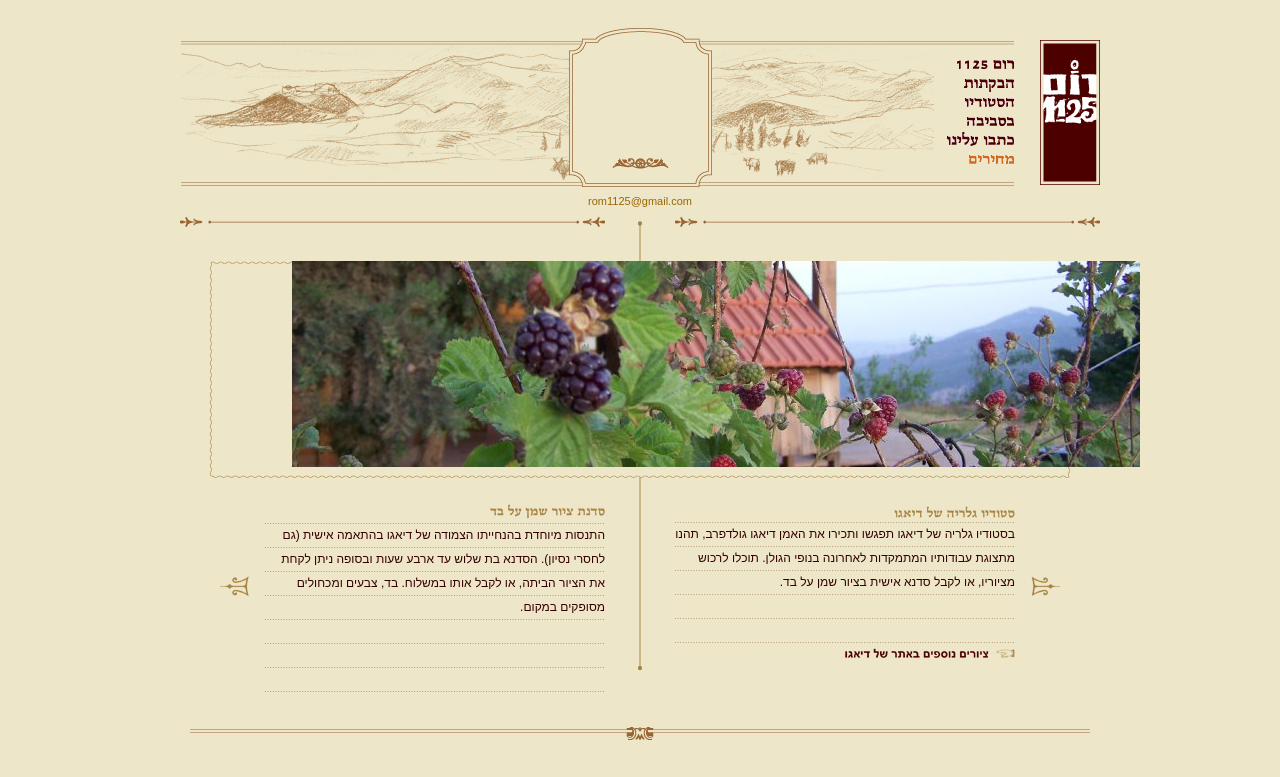
Repository: asafg/rom1125
Page: rom1125/WebContent/prices.html
The author's editor kept a copy of each file at every save. The page is drawn from the files as they stood at one save, then again after the next save.
The browser window is 1280 px wide. The pictures show the whole page.

Above is the page before, as saved 2010-05-22 18:51:50.

### rom1125/WebContent/prices.html
<!DOCTYPE html PUBLIC "-//W3C//DTD XHTML 1.1//EN" "http://www.w3.org/TR/xhtml11/DTD/xhtml11.dtd">
<html xmlns="http://www.w3.org/1999/xhtml">

<head>
  <meta http-equiv="Content-Type" content="text/html; charset=utf-8"/>
  <title>רום 1125 - מחירים</title>
  <link rel="stylesheet" href="css/common.css" type="text/css" media="screen"/>
  <link rel="stylesheet" href="css/studio.css" type="text/css" media="screen"/>
</head>
<body>
<div id="main">
<!-- header -->
<div id="header">
<img id="logo" src="images/logo.png"/>
<div id="header_without_logo"><!-- The part of the header left of the logo -->
<div id="header_top"><img src="images/header_top.png"/></div>
<div id="toolbar_buttons">
<a id="home_link" href="index.html"><img src="images/blank.gif"/></a>
<a id="huts_link" href="huts.html"><img src="images/blank.gif"/></a>
<a id="studio_link" href="studio.html"><img src="images/blank.gif"/></a>
<a id="env_link" href="env.html"><img src="images/blank.gif"/></a>
<a id="media_link" href="media.html"><img src="images/blank.gif"/></a>
<img src="images/mehirim_hl.gif"/>
</div><!-- toolbar_buttons -->
<div class="header_image"><img src="images/header_right.jpg"/></div>
<div class="header_image"><img src="images/header_middle.png"/></div>
<div class="header_image"><img src="images/header_left.jpg"/></div>
<div id="header_bottom"><img id="header_bottom_image" src="images/header_bottom.png"/></div>
</div><!-- header_without_logo-->
<div id="email_address_div">
<a href="mailto:rom1125@gmail.com" class="email_address">rom1125@gmail.com</a>
</div><!-- email_address_div -->
</div><!-- header -->
<!-- now for the separators -->
<div id="right_part">
<img src="images/top_horiz_sep.png" class="sep_image"/>
</div><!-- right -->
<div id="top_vert_sep">
<img src="images/top_ball.png" class="sep_image"/>
<div id="top_vert_bar"></div>
</div><!-- top_vert_sep -->
<div id="left_part">
<img src="images/top_horiz_sep.png" class="sep_image"/>
</div><!-- left -->
<div id="frame">
<img id="prices_wide_photo" src="images/prices_wide_photo.jpg"/>
</div><!-- frame -->
<div id="bottom_right_part">
<div id="right_studio_orn">
<img src="images/right_studio_orn.png"/>
</div><!-- right_studio_orn -->
<div id="right_page_text">
<img src="images/studio_title1.png"/><br/>
<div class="page_text">
בסטודיו גלריה של דיאגו תפגשו ותכירו את האמן דיאגו גולדפרב,
תהנו מתצוגת עבודותיו המתמקדות לאחרונה בנופי הגולן.
תוכלו לרכוש מציוריו, או לקבל סדנא אישית בציור שמן על בד.
<br/>
<br/>
<br/>
<div id="studio_link">
<a href="http://www.yessy.com/DiegoGoldfarb/"><img class="left_arrow_small" src="images/blank.gif"/><img id="studio_link_image" src="images/blank.gif"/></a>
</div><!-- studio_link -->
</div><!-- page_text -->
</div><!-- right_page_text -->
</div><!-- bottom_right_part -->
<div id="bottom_vert_sep">
<div id="bottom_vert_bar"></div>
<img src="images/bottom_ball.png" class="sep_image"/>
</div><!-- bottom_vert_sep -->
<div id="bottom_left_part">
<div id="left_page_text">
<img src="images/studio_title2.png"/><br/>
<div class="page_text">
התנסות מיוחדת בהנחייתו הצמודה של דיאגו בהתאמה אישית
(גם לחסרי נסיון). הסדנא בת שלוש עד ארבע שעות ובסופה ניתן לקחת את
הציור הביתה, או לקבל אותו במשלוח. בד, צבעים ומכחולים מסופקים במקום.
<br/>
<br/>
<br/>
<br/>
<br/>
</div><!--  page text -->
</div><!-- left_page_text -->
<div id="left_studio_orn">
<img src="images/left_studio_orn.png"/>
</div><!-- left_studio_orn -->
</div>
<div id="footer">
<img src="images/footer_sep.png" class="sep_image"/>
</div><!-- footer -->
</div><!-- main -->
</body>
</html>

### rom1125/WebContent/css/common.css
body
{
	background-color: #EEE6C9;
	margin: 0px;
	padding: 0px;
}

#main
{
	width: 1000px;
	height: 750px;
	direction: rtl;
	margin-left: auto;
   	margin-right: auto;
}

/* beginning of header definitions */

#header
{
	margin-top: 27px;
}

#logo
{
	width: 60px;
	margin-top: 13px;
	margin-right: 40px;
	float: right;
}

#header_without_logo
{
	margin-right: 26px;
	margin-top: 1px;
	padding: 0px;
	width: 834px;
	float: right;
}

#header_top
{
	margin: 0px;
	padding: 0px;
	height: 17px;
	float: right;
	display: block;
}

#header_bottom
{
	margin: 0px;
	padding: 0px;
	height: 5px;
	float: right;
	display: block;
}

#header_bottom_image
{
	margin: 0px;
	padding: 0px;
	vertical-align: top;
}

.header_image
{
	margin: 0px;
	padding: 0px;
	height: 137px;
	float: right;
	display: block;
}

#toolbar_buttons
{
	margin-top: 11px;
	margin-left: 13px;
	float: right;
}

#toolbar_buttons img
{
	margin: 0px 0px 2px 0px; width: 67px; height: 17px; padding: 0px; display: block; border-width: 0px;
}

/*toolbar buttons images are set as background images in order to allow rollover effect using css (no javascript) */
#toolbar_buttons a#home_link   img {background: url("../images/rom.gif") top left no-repeat;}
#toolbar_buttons a#huts_link   img {background: url("../images/biktot.gif") top left no-repeat;}
#toolbar_buttons a#studio_link img {background: url("../images/studio.gif") top left no-repeat;}
#toolbar_buttons a#env_link    img {background: url("../images/sviva.gif") top left no-repeat;}
#toolbar_buttons a#media_link  img {background: url("../images/katvu.gif") top left no-repeat;}
#toolbar_buttons a#prices_link img {background: url("../images/mehirim.gif") top left no-repeat;}

#toolbar_buttons a#home_link:hover   img {background: url("../images/rom_hl.gif") top left no-repeat;}
#toolbar_buttons a#huts_link:hover   img {background: url("../images/biktot_hl.gif") top left no-repeat;}
#toolbar_buttons a#studio_link:hover img {background: url("../images/studio_hl.gif") top left no-repeat;}
#toolbar_buttons a#env_link:hover    img {background: url("../images/sviva_hl.gif") top left no-repeat;}
#toolbar_buttons a#media_link:hover  img {background: url("../images/katvu_hl.gif") top left no-repeat;}
#toolbar_buttons a#prices_link:hover img {background: url("../images/mehirim_hl.gif") top left no-repeat;}

#email_address_div
{
	padding-top: 8px;
	margin-left: auto;
    margin-right: auto;
	font-family: arial, sans-serif;
	font-size: 11px;
	display: block;
	text-align: center;
	clear: both;
}

a.email_address:link, a.email_address:active, a.email_address:focus, a.email_address:visited
{
	color: #996600;
	text-decoration: none;
}

a.email_address:hover
{
	color: #CC6600;
	text-decoration: none;
}

/* end of header definitions */

#right_part
{
	width: 425px;
	margin-top: 10px;
	margin-right: 40px;
	float: right;
}

#vert_sep
{
	float: right;
	margin: 14px 33px 0px 33px;
	padding: 0px;
}

#vert_bar
{
	width: 2px;
	height: 440px;
	margin: 0 1px 0 1px;
	background-color: #cbb787;
}

#left_part
{
	width: 425px;
	margin-top: 10px;
	margin-left: 0px;
	float: right;
}

.sep_image
{
	padding: 0;
	display: block;
}

#footer
{
	margin: 0px 50px 0px 50px;
	padding-top: 33px;
	float: none;
	clear: both;
}

### rom1125/WebContent/css/studio.css
#frame
{
	background-image: url("../images/studio_frame.png");
	background-repeat: no-repeat;
	height: 217px;
	margin: 54px 0 0 69px;
	padding: 0;
}

#bottom_right_part
{
	width: 425px;
	height: 125px;
	margin-top: 10px;
	margin-right: 40px;
	float: right;
}

#top_vert_sep
{
	margin: 14px 33px 0px 33px;
	float: right;
}

#top_vert_bar, #bottom_vert_bar
{
	width: 2px;
	margin: 0 1px 0 1px;
	background-color: #cbb787;
}

#top_vert_bar
{
	height: 35px;
}

#bottom_vert_bar
{
	height: 188px;
}

#bottom_vert_sep
{
	margin: 0px 33px 0 33px;
	float: right;
}

#bottom_left_part
{
	width: 425px;
	margin-top: 10px;
	margin-left: 0px;
	float: right;
}

#right_page_text, #left_page_text
{
	float: right;
	margin-top: 16px;
}

#right_page_text
{
	margin-right: 16px;
}

.page_text
{
	background-image: url("../images/dashed_line.png");
	background-repeat:repeat-y;
	float: right;
	width: 340px;
	line-height: 200%;
	font-family: arial;
	font-size: 12px;
	color: #330000;
}

#studio_ext_link
{
	margin: 4px 2px 0 0;
}

.left_arrow_small
{
	background-image: url("../images/left_arrow_small.png");
	border: 0;
	height: 9px;
	margin: 0 0 0 7px;
	width: 19px;
}

a:hover img.left_arrow_small
{
	background-image: url("../images/left_arrow_small_hl.png");
}

#studio_link_image
{
	background-image: url("../images/studio_link.png");
	border: 0;
	height: 10px;
	width: 144px;
}

a:hover #studio_link_image
{
	background-image: url("../images/studio_link_hl.png");
}

#right_studio_orn
{
	display: block;
	float: right;
	margin: 88px 39px 0 0;
	padding: 0;
	width: 30px;
	height: 21px;
}

#left_studio_orn
{
	display: block;
	float: right;
	margin: 88px 16px 0 0;
	padding: 0;
	width: 30px;
	height: 21px;
}

#footer
{
	padding-top: 12px;
}

.text_column
{
	background-image: url("../images/dashed_line.png");
	background-repeat: repeat-y;
	float: right;
	width: 205px;
	height: 409px;
	border: 0px solid black;
}

#columns_spacer
{
	float: right;
	width: 16px;
	height: 409px;
	border: 0px solid green;
}

/* image gallery */
#photo_frame
{
	position: relative;
	margin-top: 34px;
	width: 425px;
	height: 313px;
	overflow: hidden;
}

#photo_frame img
{
	padding: 6px 6px 0px 0px;
}

#photo_frame_overlay
{
	position:absolute; top:0; left:0; width: 100%; height: 100%; z-index:998;
	background: url("../images/frame_big.png") no-repeat center;
}

/* hide the slide show of the second hut */
#thumbnails_panel2, #slideshow2
{
	display: none;
}

#thumbnails_panel1, #thumbnails_panel2
{
	margin-top: 11px;
	width: 354px;
}

#upper_gallery_strip1, #upper_gallery_strip2
{
	margin: 12px 60px 7px 0px;
	float: right;
}

#lower_gallery_strip1, #lower_gallery_strip2
{
	margin: 6px 60px 0px 0px;
	float: right;
}

#thumbnails_toolbar1, #thumbnails_toolbar2
{
	margin-right: 35px;
	width: 354px;
}

#right_arrow1, #right_arrow2
{
	width: 24px;
	height: 11px;
	margin: 24px 0px 0px 3px;
	vertical-align: middle;
	clear: both;
	float: right;
	display: block;
	border: 0px;
}

img.right_arrow
{
	background: url("../images/right_arrow.gif") top left no-repeat;
}

img.right_arrow:hover
{
	background: url("../images/right_arrow_hl.gif") top left no-repeat;
}

img.right_arrow_disabled
{
	background: url("../images/right_arrow_da.png") top left no-repeat;
}

#left_arrow1, #left_arrow2
{
	width: 24px;
	height: 11px;
	margin: 24px 3px 0px 0px;
	float: right;
	border: 0px;
}

img.left_arrow
{
	background: url("../images/left_arrow.gif") top left no-repeat;
}

img.left_arrow:hover
{
	background: url("../images/left_arrow_hl.gif") top left no-repeat;
}

img.left_arrow_disabled
{
	background: url("../images/left_arrow_da.png") top left no-repeat;
}

#thumbnails1, #thumbnails2
{
	position: relative;
	width: 300px;
	height: 54px;
	float: right;
	overflow: hidden;
}

#thumbnails_wrapper1, #thumbnails_wrapper2
{
	position: absolute;
	width: 420px;
	height: 54px;
	/*float: right;*/
}

.thumbnail
{
	background: url("../images/frame_small.png") no-repeat center;
	margin-left: 3px;
	margin-right: 3px;
	width: 54px;
	height: 54px;
	float: right;
}

div.thumbnail:hover
{
	background: url("../images/frame_small_hl.png") no-repeat center;
	margin-left: 3px;
	margin-right: 3px;
	width: 54px;
	height: 54px;
	float: right;
}

img.thumbnail
{
	margin: 4px 4px auto;
	width: 46px;
	height: 46px;
	border: 1px black;
}
/* end of image gallery */

After the next save:
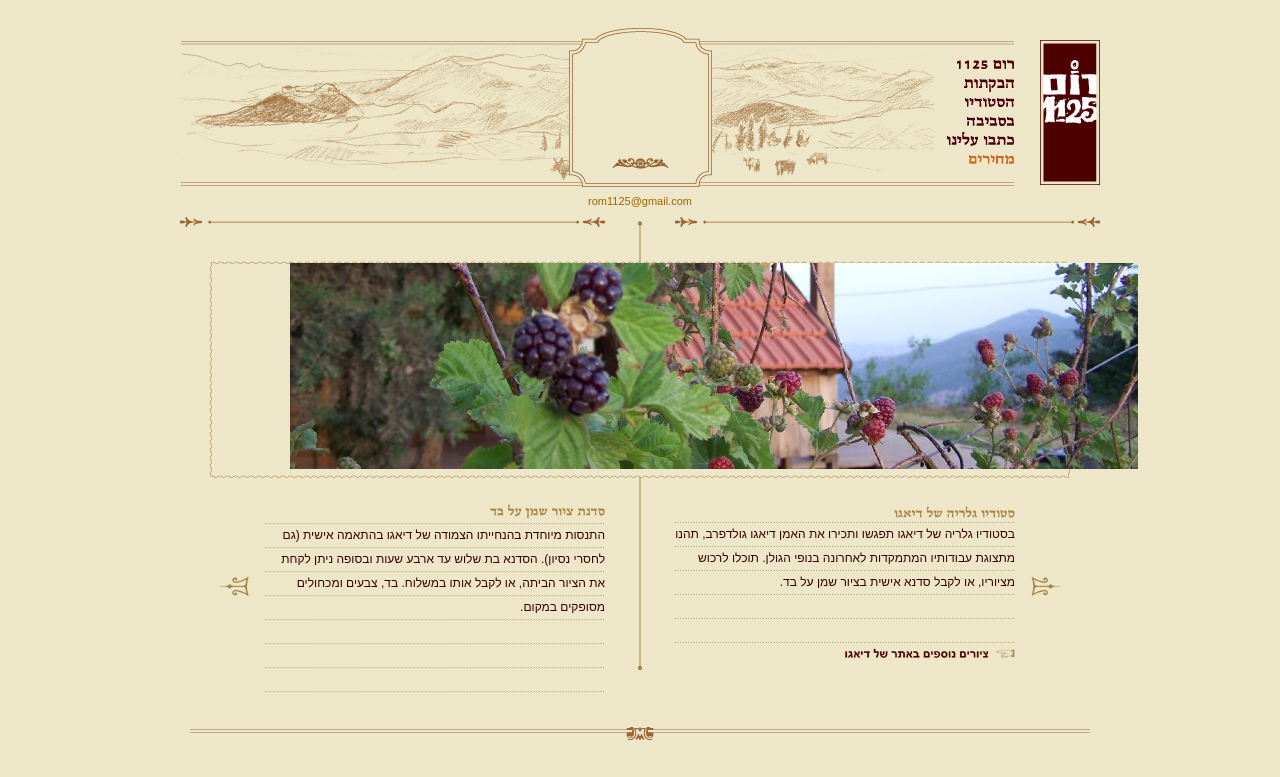
Saved 88 s later.
--- a/rom1125/WebContent/css/studio.css
+++ b/rom1125/WebContent/css/studio.css
@@ -7,6 +7,11 @@
 	padding: 0;
 }
 
+#prices_wide_photo
+{
+	margin: 2px 2px 2px 2px;
+}
+
 #bottom_right_part
 {
 	width: 425px;
